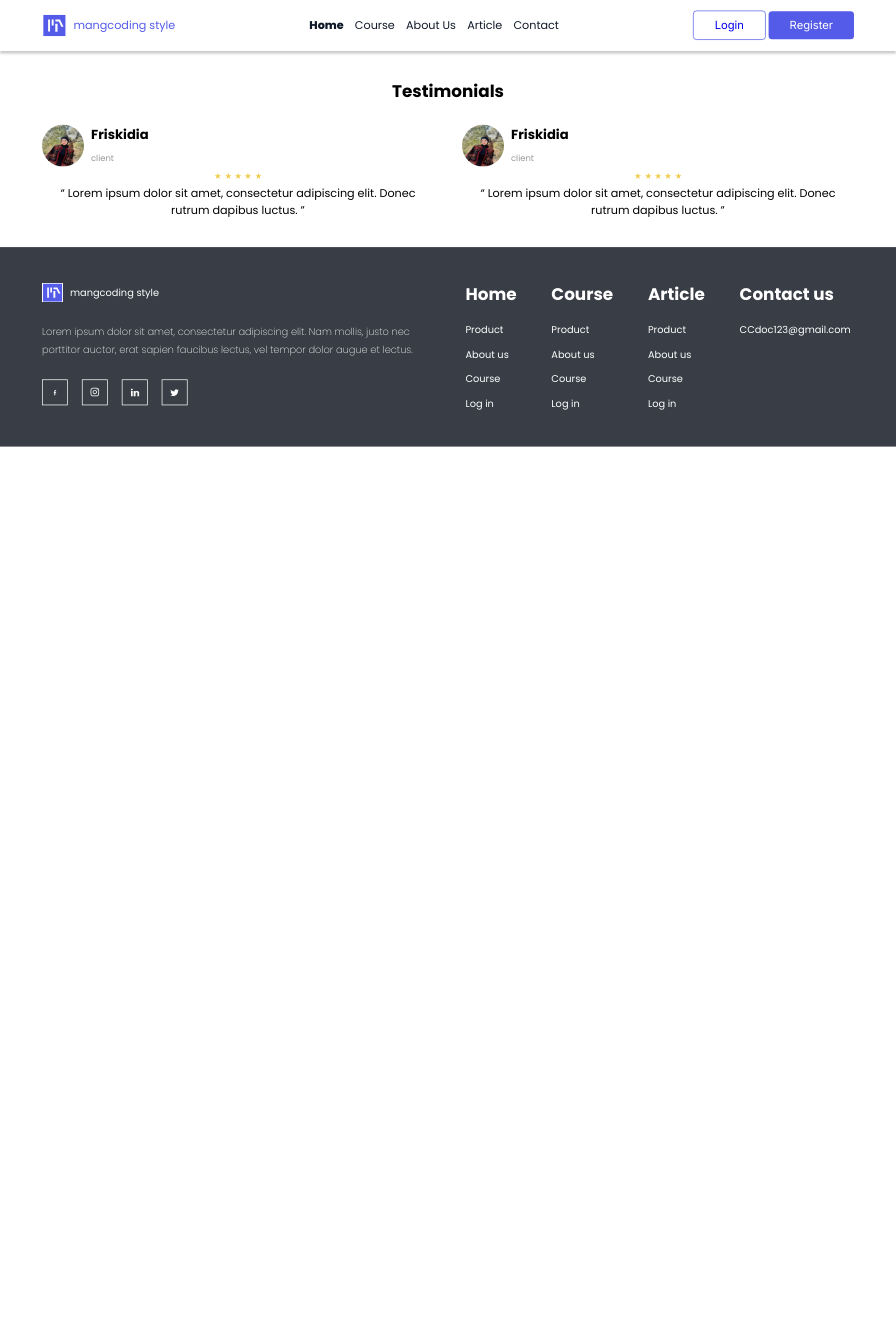
Repository: Dania-Alqam/landing-page
Page: index.html
An editor plug-in stored every save of this project. The page is shown before and after the next save, followed by the edit.
The browser window is 1280 px wide. The pictures show the part of the page from y = 0 to 1920 px (the page is 5000 px tall), at 70% of full size.

Above is the page before, as saved 2024-06-22 13:25:31.

After the next save:
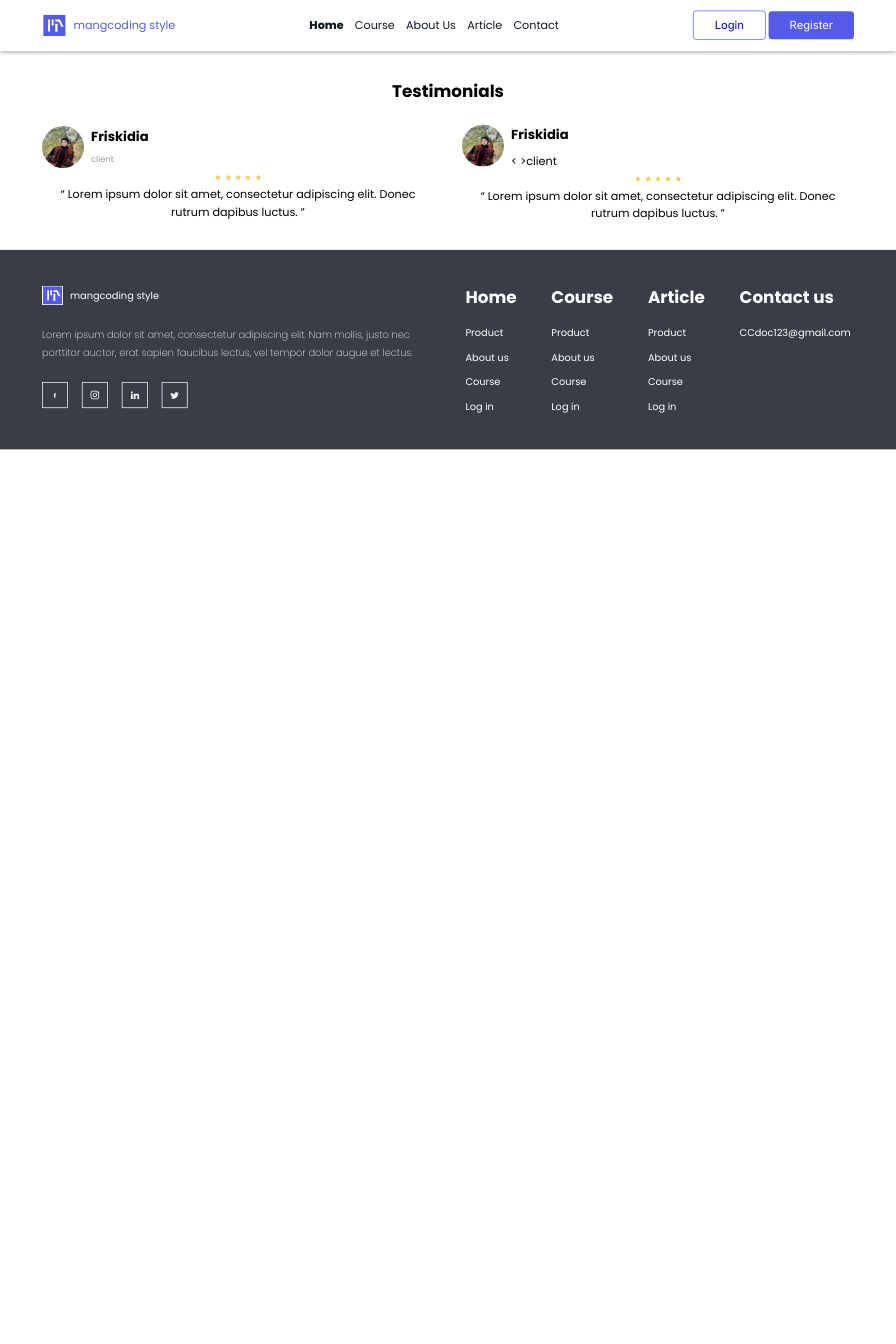
Saved 5 min 1 s later.
--- a/index.html
+++ b/index.html
@@ -77,7 +77,7 @@
                             <img src="assests/images/clients/client1.jpeg"/>
                             <div class="user-data">
                                 <h3>Friskidia</h3>
-                                <span>client</span>
+                                < >client</span>
                             </div>
                         </div>
                         <div class="ratings">
